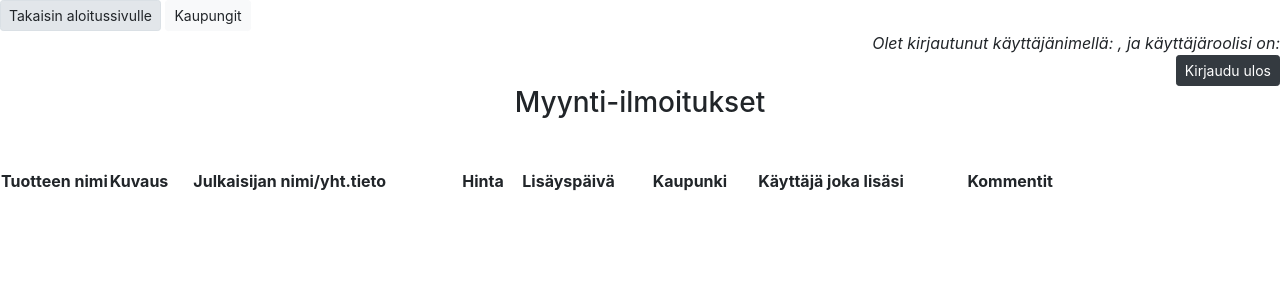
Repository: LiljestromNadja/Backend_s2023_harjoitustyo
Page: http://localhost/articlelist
The author's editor kept a copy of each file at every save. The page is drawn from the files as they stood at one save, then again after the next save.
The browser window is 1280 px wide. The pictures show the whole page.
The page is this project's Thymeleaf template; nobody is signed in. The template is opened directly, without the code that normally fills it, so the values that code supplies are empty.

Above is the page before, as saved 2023-11-10 15:23:26.

### harkkas23v01/src/main/resources/templates/articlelist.html
<!DOCTYPE html>
<html xmlns:th="http://www.thymeleaf.org">
<head>
	<title>Articlelist</title>
	<meta http-equiv="Content-Type" content="text/html" charset="UTF-8"/>
	<!-- Bootstrap-linkki vaihdettu tähän 04-10-2023 -->
	<link rel="stylesheet" href="https://cdn.jsdelivr.net/npm/bootstrap@4.0.0/dist/css/bootstrap.min.css" integrity="sha384-Gn5384xqQ1aoWXA+058RXPxPg6fy4IWvTNh0E263XmFcJlSAwiGgFAW/dAiS6JXm" crossorigin="anonymous"> <!-- Lisättiin tyyli, bootstrap 4.0 -->
	<!-- Lisättiin tyyli, bootstrap 4.0 -->
</head>
<body>
	<div>
		<a href="/index"><button class="text-left btn btn-light btn-sm">Takaisin aloitussivulle</button></a>
		<a href="/cities"><button class="text-left btn btn-light btn-sm">Kaupungit</button></a>
	</div>

	<div class="text-right">
		<i>Olet kirjautunut käyttäjänimellä: <b sec:authentication="name"></b>,
			ja käyttäjäroolisi on: <b sec:authentication="principal.authorities"></b></i>

		<br>
		<form class="text-right" th:action="@{/logout}" method="post">
			<input type="submit" value="Kirjaudu ulos" class="btn btn-sm btn-dark" />
		</form>

	</div>
	<h3 style="text-align: center">Myynti-ilmoitukset</h3>

	<div style="clear: both; display: block; height: 40px;"></div>

	<table>
	<tr>
		<th style="width: 10%">Tuotteen nimi</th>
<!--  	<th>Tuotteen id </th> -->
		<th>Kuvaus</th>
		<th>Julkaisijan nimi/yht.tieto</th>
		<th>Hinta</th>
		<th>Lisäyspäivä</th>
		<th>Kaupunki</th>
		<th>Käyttäjä joka lisäsi</th>
<!-- 	<th>Käyttäjän id</th> -->
		<th></th>
		<th></th>
		<th>Kommentit</th>
	</tr>

	<tr th:each = "article : ${articles}">   		<!-- MUISTA DOLLARIT, muuten voi mennä tovi jos toinenkin ihmettelyyn-->
			<td th:text="${article.title}"></td>
			<!--<td th:text="${article.id}"></td> -->
			<td th:text="${article.description}"></td>
			<td th:text="${article.publisher}"></td>
			<td th:text="${article.price}"></td>
			<td th:text="${article.dateadded}"></td>
			<td th:text="${article?.city?.name}"></td>	<!-- kysymysmerkki == jos kategoriaa ei ole -->
			<td th:text="${article?.applicationuser?.username}"></td>
			<!--<td th:text="${article?.applicationuser?.id}"></td>	 -->
			<!-- <td>Ilmoituksen poistonappi	</td> -->
			<!-- <td>Ilmoituksen muokkausnappi</td>  -->
			<!-- <td>Linkki kommenttilistaukseen </td>-->
			<!-- <td>Kirjoita kommentti -linkki </td>-->


<!-- USER voi muokata/poistaa vain omia myynti-ilmoituksiaan, ADMIN kaikkia: -->
<!-- Tässä ehtolause joka määrittelee nappien näkymisen niin, että ne näkyvät USER-roolissa vain omien julkaisujen kohdalla,
ADMIN pystyy muokkaamaan/poistamaan kaikkia julkaisuja -->
<!-- 24102023 -->
			<td th:if="${article.applicationuser.username == applicationuser.username}" sec:authorize="hasAuthority('USER')"><a th:href="@{/editArticle/{id}(id=${article.id})}" class="btn btn-dark btn-sm">Muokkaa</a></td>
			<td th:if="${article.applicationuser.username == applicationuser.username}" sec:authorize="hasAuthority('USER')"><a th:href="@{/delete/{id}(id=${article.id})}" class="btn btn-xs btn-danger btn-sm">Poista</a></td>

<!-- Jos USERILLA ei muokkausoikeutta kyseiseen kirjaan -->
<!-- 26102023 -->
			<td th:unless="${article.applicationuser.username == applicationuser.username}" sec:authorize="hasAuthority('USER')">   </td>
			<td th:unless="${article.applicationuser.username == applicationuser.username}" sec:authorize="hasAuthority('USER')">   </td>

<!-- ADMIN voi muokata/poistaa kaikkia -->
			<td sec:authorize="hasAuthority('ADMIN')"><a th:href="@{/editArticle/{id}(id=${article.id})}" class="btn btn-xs btn-dark btn-sm">Muokkaa</a></td>
			<td sec:authorize="hasAuthority('ADMIN')"><a th:href="@{/delete/{id}(id=${article.id})}" class="btn btn-xs btn-danger btn-sm">Poista</a></td>

<!-- Tuotteen myynti-ilmoituksen kommenttilistaukseen pääsee roolissa ADMIN tai USER -->
	  		<td sec:authorize="hasAuthority('ADMIN') or hasAuthority('USER')"><a th:href="@{'/article/' + ${article.id} + '/comments'}" class="btn btn-light btn-sm">Comments</a></td>
		<!--	<td sec:authorize="hasAuthority('ADMIN') or hasAuthority('USER')"><a th:href="@{/listComments}" class="btn btn-xs btn-success btn-sm">Comments</a></td> -->

<!-- Tuotteen myynti-ilmoituksen kommentointisivulle voi siirtyä roolissa ADMIN tai USER -->
			<td><a sec:authorize="hasAuthority('ADMIN') or hasAuthority('USER')" th:href="@{/addComment/{id}(id=${article.id})}" > <button class="btn btn-light btn-sm">Add new Comment</button></a></td>

		</tr>
	</table>
	<div style="clear: both; display: block; height: 40px;"></div>

	<a sec:authorize="hasAuthority('ADMIN')" href="/add"><button class="btn btn-dark btn-sm">Lisää uusi myytävä tuote</button></a>
	<a sec:authorize="hasAuthority('USER')" href="/add"><button class="btn btn-dark btn-sm">Lisää uusi myytävä tuote</button></a>


	</body>
</html>

After the next save:
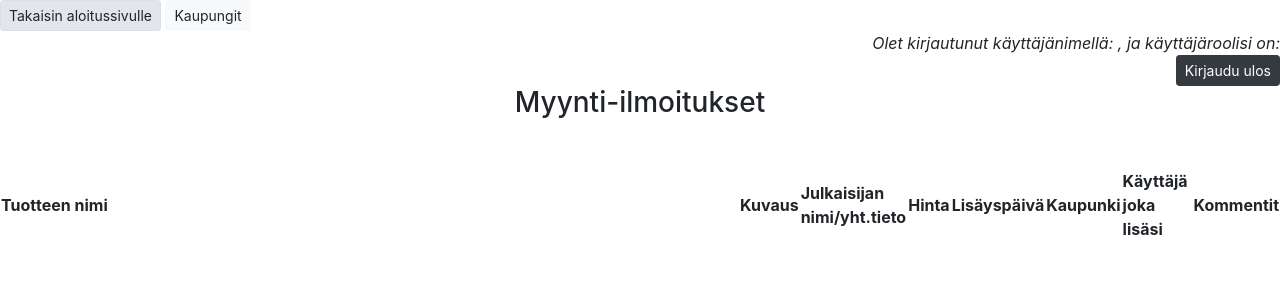
Saved 11 s later.
--- a/harkkas23v01/src/main/resources/templates/articlelist.html
+++ b/harkkas23v01/src/main/resources/templates/articlelist.html
@@ -29,7 +29,7 @@
 
 	<table>
 	<tr>
-		<th style="width: 10%">Tuotteen nimi</th>
+		<th style="width: 80%">Tuotteen nimi</th>
 <!--  	<th>Tuotteen id </th> -->
 		<th>Kuvaus</th>
 		<th>Julkaisijan nimi/yht.tieto</th>
